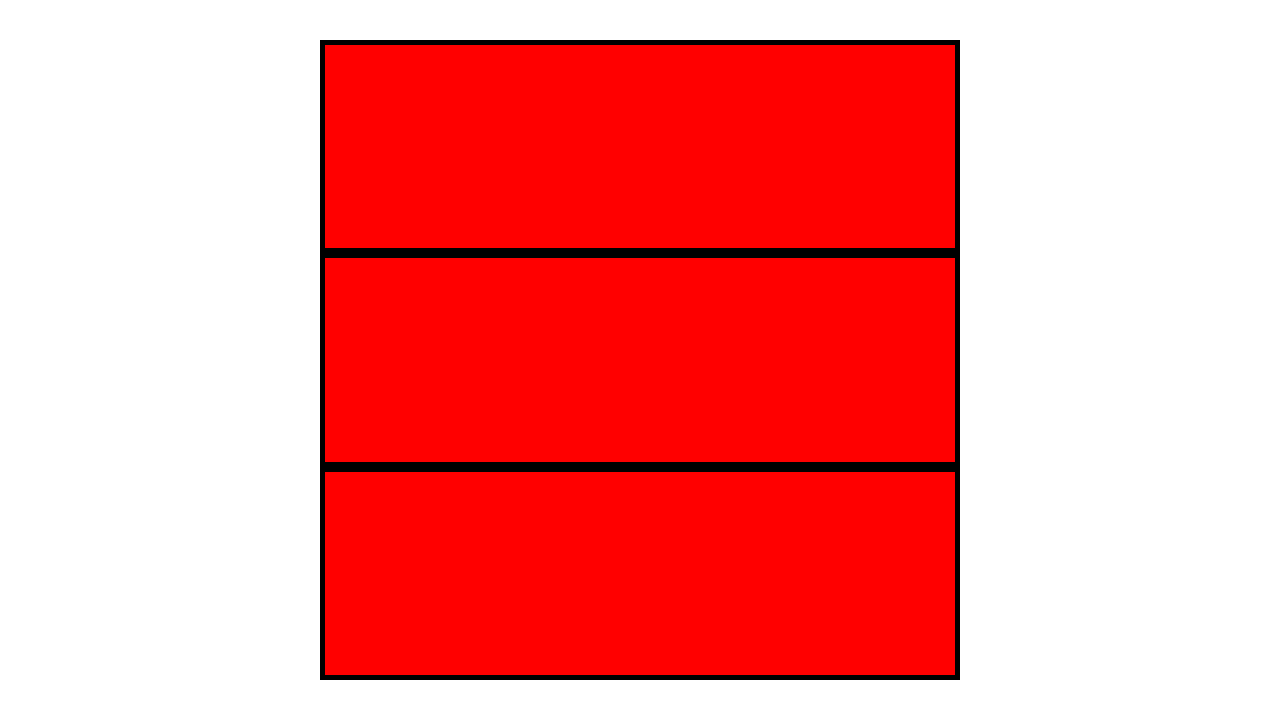
Repository: baumanmilosz/tictactoe
Page: index.html
An editor plug-in stored every save of this project. The page is shown before and after the next save, followed by the edit.
The browser window is 1280 px wide. The pictures show the whole page.

Above is the page before, as saved 2019-02-21 16:39:43.

After the next save:
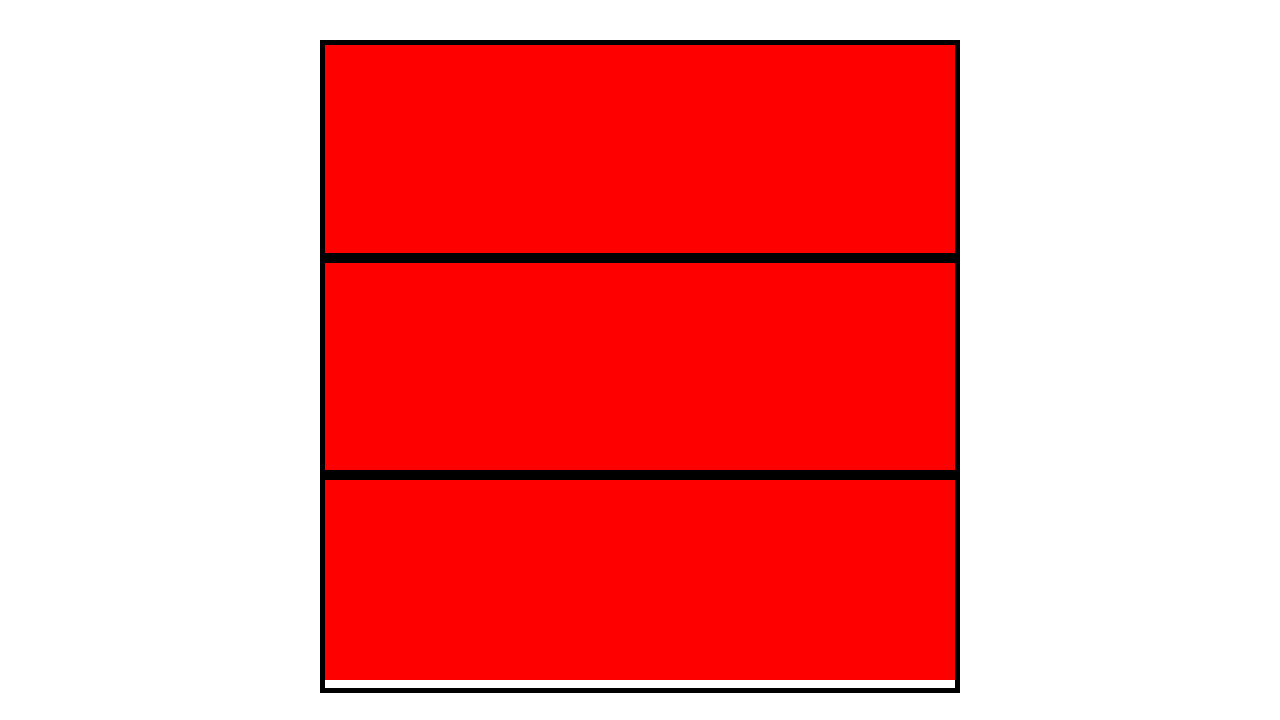
Saved 34 s later.
--- a/style.css
+++ b/style.css
@@ -29,7 +29,7 @@
 
 .row {
   width: 100%;
-  height: 33.3%;
+  height: 34%;
   display: flex;
   border: 5px solid black;
   cursor: pointer;

After the save that followed:
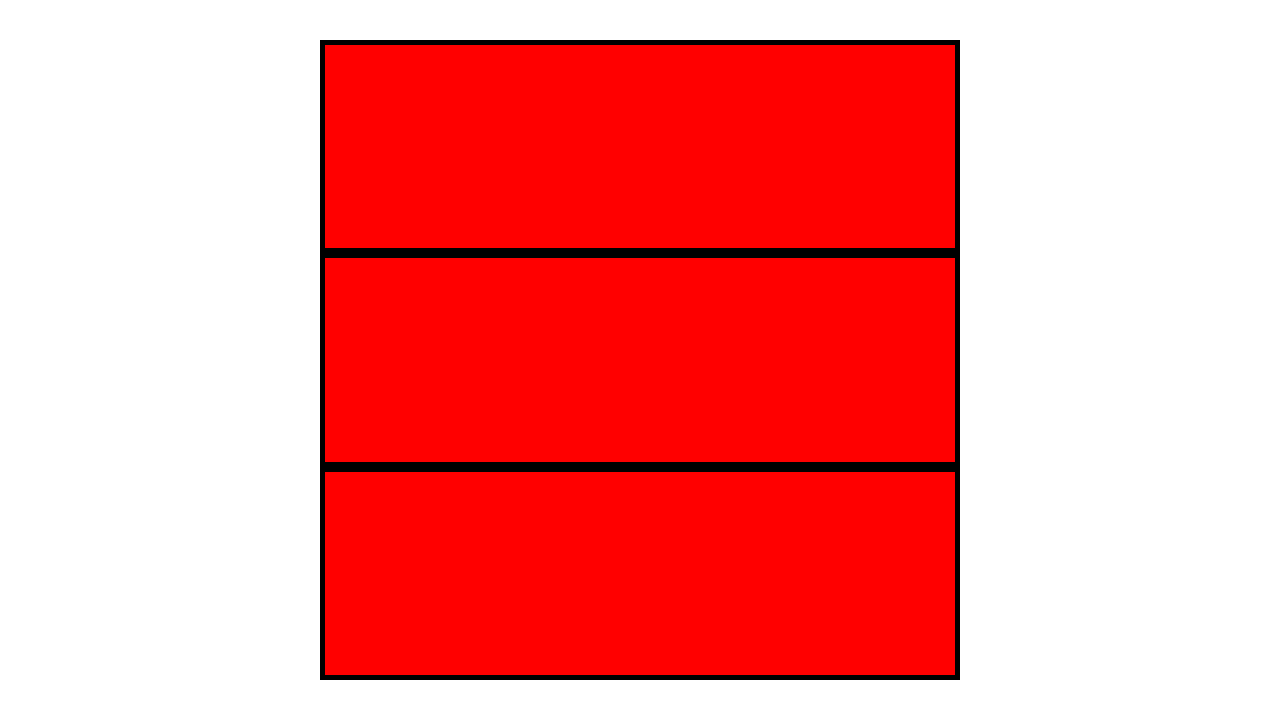
Saved 7 s later.
--- a/style.css
+++ b/style.css
@@ -29,7 +29,7 @@
 
 .row {
   width: 100%;
-  height: 34%;
+  height: 33.3%;
   display: flex;
   border: 5px solid black;
   cursor: pointer;
